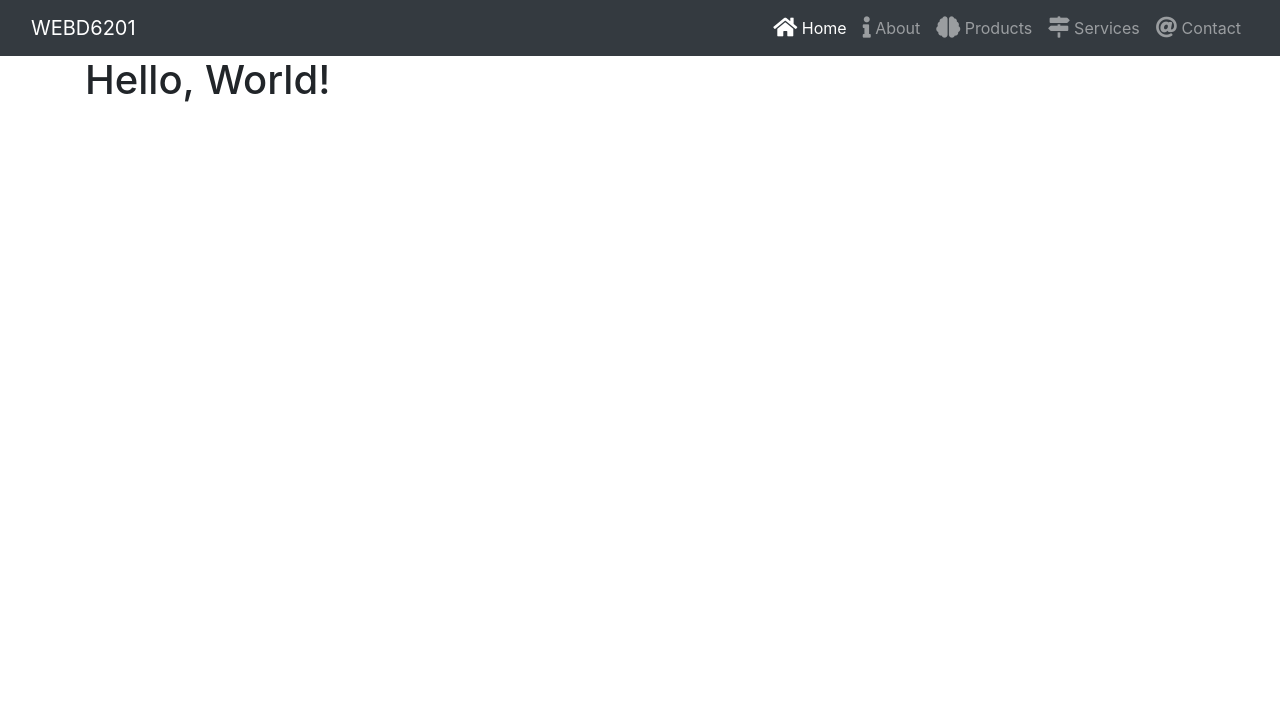
Repository: aphim/WEB6201-wk1
Page: index.html
These files come from the project's save history. The page is drawn as it stood at one moment and after the next save; the edit follows.
The browser window is 1280 px wide. The pictures show the whole page.

Above is the page before, as saved 2021-01-14 09:31:22.

After the next save:
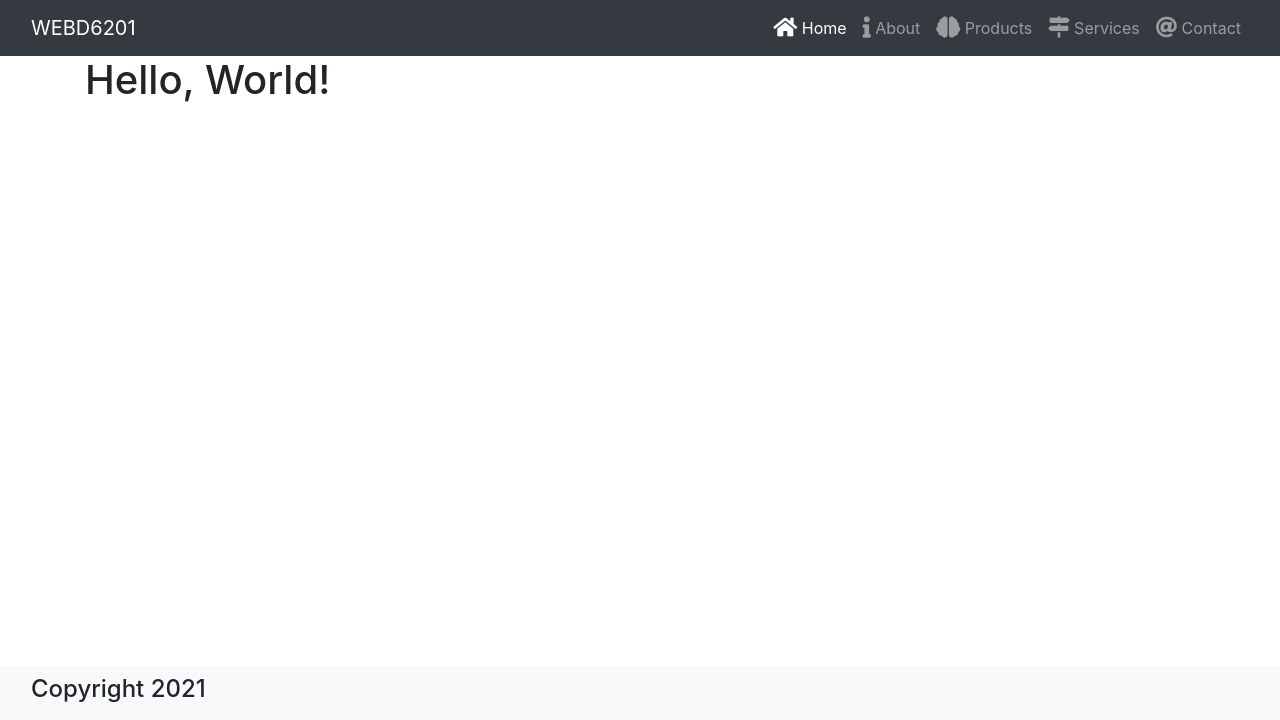
Saved 2 min 59 s later.
--- a/index.html
+++ b/index.html
@@ -53,12 +53,18 @@
           </nav>
     </header>
 
-
-
-
     <div class="container">
         <h1>Hello, World!</h1>
     </div>
+<footer>
+<nav class="navbar fixed-bottom navbar-light bg-light">
+    <div class="container-fluid">
+        <h4><i class="far fa=copyright"></i>Copyright 2021</h4>
+    </div>
+</nav>
+
+</footer>
+
 
     <!-- JavaScript Section -->
     <script src="./node_modules/jquery/dist/jquery.min.js"></script>
